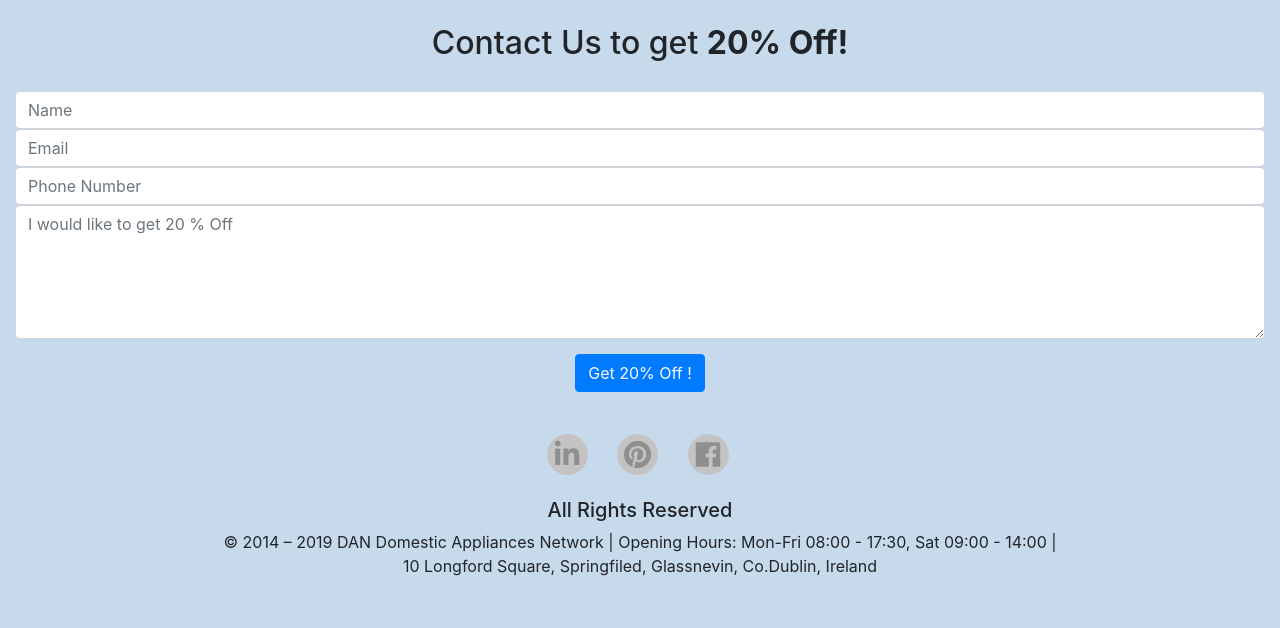
Repository: martynapacula/project-one
Page: index.html
The author's editor kept a record of every edit. The page is drawn from the files as they stood at one moment, then again after the next edit.
The browser window is 1280 px wide. The pictures show the part of the page from y = 4134 to 4762 px (the page is 4762 px tall).
A picture or video elsewhere on the page could not be fetched, so the positions and the page height are approximate.

Above is the page before.

### index.html
<!DOCTYPE html>
<html lang="en">

<head>
  <meta charset="UTF-8">
  <meta name="viewport" content="width=device-width, initial-scale=1.0">
  <meta http-equiv="X-UA-Compatible" content="ie=edge">
  <link rel="stylesheet" href="https://stackpath.bootstrapcdn.com/bootstrap/4.3.1/css/bootstrap.min.css" type="text/css" />
  <link rel="stylesheet" href="https://stackpath.bootstrapcdn.com/font-awesome/4.7.0/css/font-awesome.min.css" type="text/css" />
  <link rel="stylesheet" href="https://cdnjs.cloudflare.com/ajax/libs/font-awesome/4.7.0/css/font-awesome.min.css">
  <link rel="stylesheet" href="https://use.fontawesome.com/releases/v5.7.0/css/all.css" integrity="sha384-lZN37f5QGtY3VHgisS14W3ExzMWZxybE1SJSEsQp9S+oqd12jhcu+A56Ebc1zFSJ" crossorigin="anonymous">
  <link rel="stylesheet" href="style.css">
  <title>Delivery Appliance Network</title>
</head>

<body>

  <section>
    <header>
      <!-------------------------------------------------------------------Navbar------>
      <nav class="navbar navbar-expand-lg navbar-light bg-light">
        <a style="color:white" class="navbar-brand" href="#jumbotron">DAN</a>
        <button class="navbar-toggler" type="button" data-toggle="collapse" data-target="#navbarText" aria-controls="navbarText" aria-expanded="false" aria-label="Toggle navigation">
    <span class="navbar-toggler-icon"></span>
  </button>
        <div class="collapse navbar-collapse" id="navbarText">
          <ul class="navbar-nav mr-auto">
            <li class="nav-item active">
              <a style="color:white" class="nav-link" href="#services">Services <span class="sr-only">(current)</span></a>
            </li>
            <li class="nav-item">
              <a style="color:white" class="nav-link" class='page-scroll' href="#aboutus">About Us</a>
            </li>
            <li class="nav-item">
              <a style="color:white" class="nav-link" class='page-scroll' href="#DIY">Do It Yourself</a>
            </li>
            <li class="nav-item">
              <a style="color:white" class="nav-link" class='page-scroll' href="#review">Testimonials</a>
            </li>

          </ul>
          <span style="color:white" class="navbar-text">
      Call Us now ! 0860300662
    </span>
        </div>
      </nav>
    </header>
  </section>

  <!-----Jumbotron------>
  <section id="jumbotron" class="callout jumbotron text-center">
    <div class="container-fluid callout-container">
      <div class="jumbotron">
        <h1 class="display-4 dan-front">
          <center>Domestic Appliances Network</center>
        </h1>
        <p class=" dan-front-text">Experience, Services and High Quality Appliances Delivered Straight to Your Doorstep</p>
        <hr class="my-4">
        <a class="btn btn-primary btn-lg" href="#contactnav" role="button">Get 20% Off</a>
      </div>
    </div>

  </section>


    <!----------------About Us--------------------------------------->

  <section id="aboutus" class='container-fluid bg-about'>
    <div class="row ">
      <div class="col">
        <div>
          <h1 class='heading'>
            About Us
          </h1>
          </div>
          <div class='about-position'>
           <img src="image/DAN3.jpg" class='img-about' alt="Daniel">
           <p  class='about-position' class='text-about'>
              Our team is fully qualified and and insured.
              <br> We have over 10 years of experience in repair of various domestic and commercial appliances.
              <br> Our team is proud and dedicated to provide excellent and fast service across all Dublin areas.
              <br>We provide additional services such as installation, exchange and delivery of all appliances.
            </p>
          </div>
        <div>
          <h2 class="map-text  about-position map-block">We cover North and South Dublin !</h2>
          <iframe class="map about-position map-block" src="https://www.google.com/maps/embed?pb=!1m18!1m12!1m3!1d152515.98634570363!2d-6.385788728975394!3d53.32423806473198!2m3!1f0!2f0!3f0!3m2!1i1024!2i768!4f13.1!3m3!1m2!1s0x48670e80ea27ac2f%3A0xa00c7a9973171a0!2sDublin!5e0!3m2!1sen!2sie!4v1561494702558!5m2!1sen!2sie"
            frameborder="0" style="border:0" allowfullscreen></iframe>

        </div>
      </div>
    </div>
</section>

  <!--------------------------Services--------------------------->

  <section id="services" class='container-fluid bg-service'>
    <div class="row ">
      <div class="col">
        <div>
          <h1 class='heading'>
            Our Services
          </h1>
        </div>
        <div class="service-comment mobile-service">
          <i class="fas fa-tools"> </i>
          <h3>Repair</h3>
          <p> We repair washing machines, dishwashers, ovens, dryers and many more </p>
        </div>

        <div class="service-comment mobile-service">
          <i class="fas fa-cogs "></i>
          <h3>Installation</h3>
          <p> We can instal washing machines, dishwashers, ovens, dryers into your kitchen </p>
        </div>

        <div class="service-comment mobile-service">
          <i class="fas fa-dolly "></i>
          <h3>Delivery</h3>
          <p> We deliver to all parts of Dublin area </p>

        </div>

      </div>
    </div>
  </section>

  <!----------------Our DIY --------------------------------------->
  <section id="DIY" class='container-fluid bg-about'>
    <div class="row ">
      <div class="col">
        <div class='heading'>
          <h1>
            <strong> Do It Yourself !</strong>
          </h1>
          <div>
            <div class='diy-p'>
              <p>
                <center>Checkout very helpful videos and a podcasts on the most popular errors that may occur in your everyday appliances.<br> You might repair it by yourself at home !</center>
              </p>
            </div>
            <div>
              <iframe width="90%" height="auto" src="https://www.youtube.com/embed/wUL5Wb1T71c" frameborder="0" allow="accelerometer; autoplay; encrypted-media; gyroscope; picture-in-picture" allowfullscreen class='video'></iframe>
            </div>
            <div class='diy-p'>
              <p>
                <center>Listen to the podcast entitled 'Which Washer should I buy' from Fixitnow.com Appliance Repair Radio !</center>
              </p>

            </div>
            <div>
              <audio controls class='audio-bar'>
  <source  src="http://podcast.fixitnow.com/farr/Media/FARR-17.m4a" type="audio/ogg">
  <source  src="http://podcast.fixitnow.com/farr/Media/FARR-17.m4a" type="audio/mpeg">

</audio>
            </div>

  </section>

  <!----------------Testimonials--------------------------------------->
  <section id="review" class='container-fluid bg-service'>
    <div class="row ">
      <div class="col">
        <div class='heading'>
          <h1>
            Testimonials
          </h1>
        </div>
        <div class="quote quote-media">
          <div>
            <img class="womanimage" style="" src="https://i.pinimg.com/564x/27/c0/1f/27c01fb3d8db345476c7d8c1b1731c27.jpg"></img>
          </div>
          <div class="margaret" style="">
            <h3>-Margaret</h3>
            <p class='benjamin-p'> I am delighted with Domestic Appliance Network.<br> My washing machine was leaking, engineer that came over was professional and knowledgeable.<br> He even cleaned dirty and smelly tubes inside the machine ! Great service DAN keep it up !</p>
          </div>
        </div>
        <div class='quote quote-media'>
          <div>
            <img class="manimage" style="" src="https://i.pinimg.com/564x/d0/59/fa/d059fae82fae1c14e66fe1e7111af253.jpg"></img>
          </div>
          <div class="benjamin" style=''>
            <h3>-Benjamin</h3>
            <p class='benjamin-p'> I would highly recommend Domestic Appliance Network. <br> My dishwasher was repaired within 24 hrs. Very compeditive prices.<br>
            </p>
          </div>
        </div>
      </div>
    </div>

    <!----------------Contact Us--------------------------------------->

    <section class="contact" id="contactnav" class='container-fluid bg-service'>

      <img width='100%' height='auto' class="background-contact" scr="" </img>

      <div class='heading'>
        <h2>
         Contact Us to get <strong> 20% Off!</strong>
        </h2>
      </div>
                    <form width='50%'>
                        <input type="text" name="name" id='fullname' class='form-control' placeholder='Name' required/>
                        <input type="email" name="email" id='emailadress' class='form-control' placeholder='Email' required/>
                        <input type="number" name="number" id='number' class='form-control' placeholder='Phone Number' required/>
                        <textarea rows='5' name="date-venue" id='date-venue' class='form-control' placeholder='I would like to get 20 % Off' required></textarea>
                        <div class="form-row text-center">
                            <div class="col">
                                <button type='submit' class='btn btn-primary'>Get 20% Off !</button>
                            </div>
                        </div>
                    </form>
                </div>
            </div>
        </div>
    </section>


    <footer>
      <div class="container">
        <div class="row foot">
          <div class="col-xs-12 col-sm-12 icons">
            <a href="https://www.linkedin.com" target="_blank"><i class="logo fab fa-linkedin-in alignment"></i></a>
            <a href="https://www.pinterest.com" target="_blank"><i class="logo fab fa-pinterest alignment"></i>
            <a href="https://www.facebook.com" target="_blank"><i class="logo fab fa-facebook  alignment"></i></a>
          </div>
        </div>
      </div>
      <h5>
        <center>All Rights Reserved</center>
      </h5>
      <h7>© 2014 – 2019 DAN Domestic Appliances Network | Opening Hours: Mon-Fri 08:00 - 17:30, Sat 09:00 - 14:00 | <br> 10 Longford Square, Springfiled, Glassnevin, Co.Dublin, Ireland </h7>



    </footer>






    <script src="https://code.jquery.com/jquery-3.3.1.slim.min.js " integrity="sha384-q8i/X+965DzO0rT7abK41JStQIAqVgRVzpbzo5smXKp4YfRvH+8abtTE1Pi6jizo " crossorigin="anonymous "></script>
    <script src="https://cdnjs.cloudflare.com/ajax/libs/popper.js/1.14.3/umd/popper.min.js " integrity="sha384-ZMP7rVo3mIykV+2+9J3UJ46jBk0WLaUAdn689aCwoqbBJiSnjAK/l8WvCWPIPm49 " crossorigin="anonymous "></script>
    <script src="https://stackpath.bootstrapcdn.com/bootstrap/4.1.3/js/bootstrap.min.js " integrity="sha384-ChfqqxuZUCnJSK3+MXmPNIyE6ZbWh2IMqE241rYiqJxyMiZ6OW/JmZQ5stwEULTy " crossorigin="anonymous "></script>
</body>

</html>

### style.css
/*---------------Navbar------------*/

.bg-light {
    background-color: #3B7EC0!important;
}

/*-----------background-----------*/

.callout-container {


    background: url(https://i.pinimg.com/564x/cd/ba/aa/cdbaaa7fb8f201ebf291ccb854a77ae5.jpg);
    background-repeat: no-repeat;
    background-position: center;
    -moz-background-size: cover;
    -webkit-background-size: cover;
    -o-background-size: cover;
    background-size: cover;
    width: -webkit-fill-available;
    height: -webkit-fill-available;
    padding-top: 100px;
}

.opaque-overlay {
    position: absolute;
    top: 0;
    left: 0;
    height: 100%;
    width: 100%;
    background-color: rgba(0, 0, 0, 0.5);
}

.jumbotron {
    background-color: transparent;
    padding: 0;
    margin: 0px;
}

.jumbotron h1 {
    color: Black;
    font-weight: bold;
    margin-bottom: 30px;

}

.navbar {
    position: fixed;
    top: 0;
    width: 100%;
    z-index: 1;
}

.dan-front {
    text-shadow: -1px 0 white, 0 1px white, 1px 0 white, 0 -1px;
}

.dan-front-text {
    font-size: 30px;
    font-weight: 900;
}

/*-----------Our Services-----------*/

.heading {
    text-align: center;
    font-weight: bold;
    padding: 20px 0px;


}

.bg-service {
    background-color: #c7daec;
    padding-bottom: 50px;
}


.service-comment {
    display: inline-table;
    height: auto;
    width: auto;
    max-width: 32%;
    text-align: center;
    font-size: 30px;
}




@media (max-width: 576px) {
    .mobile-service {
        display: block;
        width: 100%;
        height: auto;
        text-align: center;
        max-width: 100%;
        padding: 20px 0px;
    }
}


.fas {
    font-size: 50px;
    padding-bottom: 20px;

}

/*-----------About Us-----------*/

.about-position {
     display: inline-table;
}




.img-about {
    vertical-align: middle;
    border-style: none;
    height: auto;
    border-radius: 25px;
    width: 30%;
}



.bg-about {
    background-color: #F0F2F3;
}

.text-about {
    text-align: center;
    padding-top: 50px;
    font-size: 30px;

}

.map {

    border-radius: 15px;
    display: block;
    padding-top: 50px;
    width: 100%;
    padding-bottom: 30px;
    height: 500px;
}

.map-text {
    float: left;
    display: block;
    padding-top: 20px;
    width: 100%;
    text-align: center;
}



/*-----------DIY-----------*/

.audio-bar {
    width: 40%;

}

.video {
    min-height: 400px;
}

.diy-p {
    font-size: 25px;
}

/*-----------Testimonials-----------*/

.quote {

    text-align: center;
}

.womanimage {
    border-radius: 50%;

}


.manimage {
    border-radius: 50%;
}

.benjamin {
    padding-top: 80px;

}

.benjamin-p {
    display: grid;
    padding-left: 30px;
    font-size: 30px;
    padding-bottom: 50px;
}

.margaret {
    padding-top: 40px;

}


@media (max-width: 576px) {

    .quote-media {
        display: block;
        width: 100%;
        height: auto;
    }

}

/*-----------Contact Us-----------*/

.contact {
    background: url()
}

 .contact-heading {
  font-weight: 600;
  margin-top: 25px;
  margin-bottom: 20px;
  color: #edf302;
 }

 .center-form {
  padding-top: 10px;
  margin: 0 auto;
  max-width: 70%;
 }

 button[type='submit'] {
  margin-top: 15px;
  margin-bottom: 20px;
  color: #fafafa;
  background-color: #007bff;
 }

 .uppercase {
  text-transform: uppercase;
 }

 .centered-contact {
 padding-top: 30px;
  text-shadow: -1px 0 black, 0 1px black, 1px 0 black, 0 -1px black;
 }




/*-----------Footer-----------*/

.container {
    alignment-baseline: central;
}

footer {
    border-color: transparent;
    text-align: center;
}

.foot {
    margin-bottom: 20px;
    padding-top: 20px;
}

a {
    padding: 5px 15px 5px 10px;
    background-color: transparent;
}

.alignment {
    line-height: 2px;
}

.logo {
    display: inline-block;

    background-color: #C3C3C3;
    color: #8F8F8F;
    width: 41px;
    height: 41px;
    padding: 20px 0;
    border-radius: 50%;
    font-size: 28px;
    text-align: center;
    vertical-align: middle;
    transition: all .3s ease-in-out;
    -moz-transition: all .3s ease-in-out;
    -webkit-transition: all .3s ease-in-out;
    margin-top: 2.5px;
    margin-bottom: 2.5px;

}

logo:hover {
    color: #564F6F;

}

After the next edit:
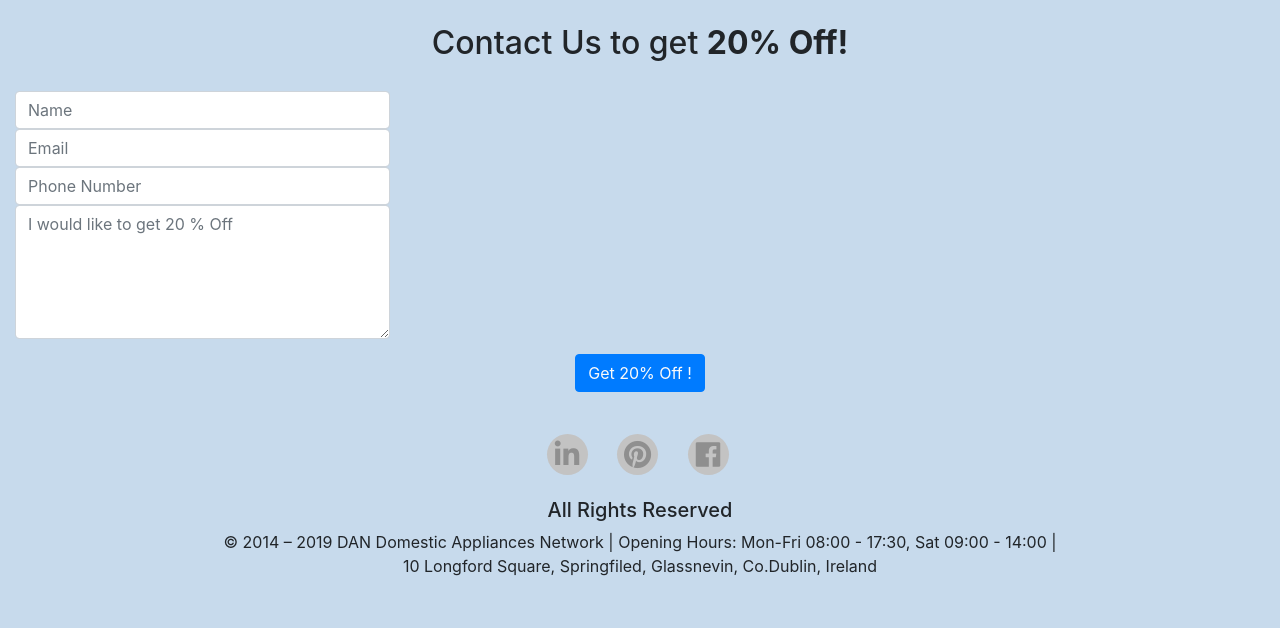
The edit:
--- a/style.css
+++ b/style.css
@@ -250,6 +250,9 @@
   text-shadow: -1px 0 black, 0 1px black, 1px 0 black, 0 -1px black;
  }
 
+.form-control {
+width: 30%;
+}
 
 
 
